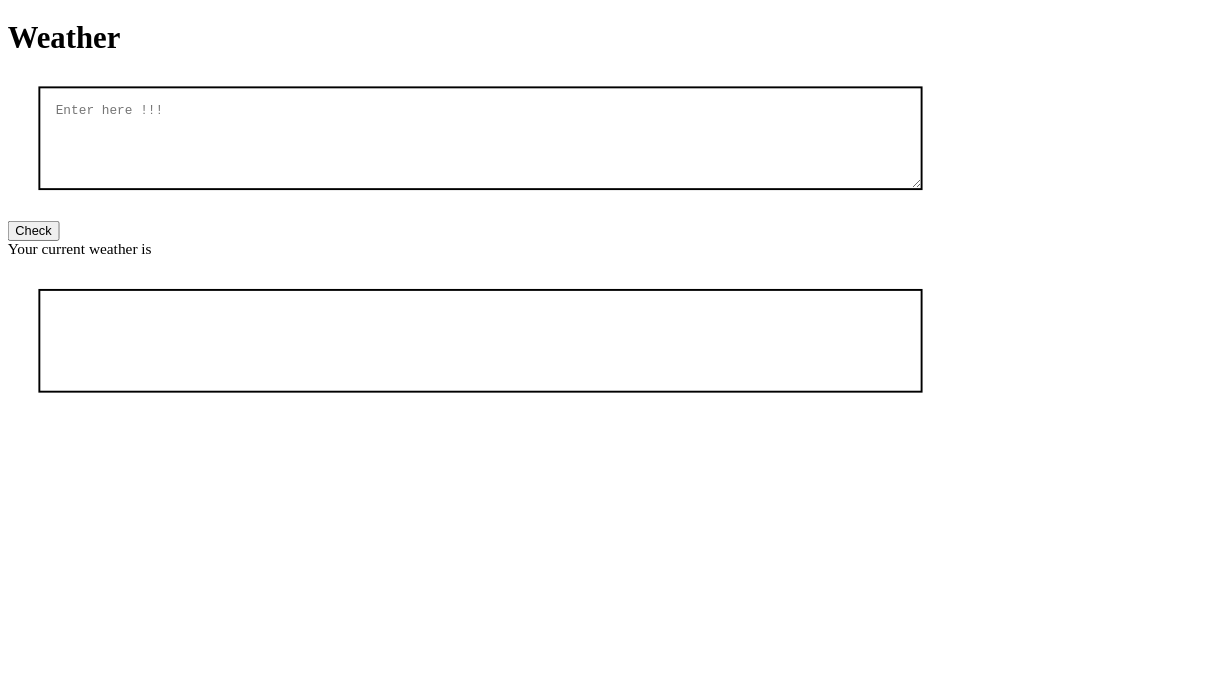
Repository: Irfan-vit/openapi
Page: index.html
These files come from the project's save history. The page is drawn as it stood at one moment and after a run of saves; the edit follows.
The browser window is 1280 px wide. The pictures show the whole page, at 96% of full size.

Above is the page before, as saved 2021-05-27 22:46:51.

### index.html
<!DOCTYPE html>
<html lang="en">

<head>
    <meta charset="UTF-8">
    <meta http-equiv="X-UA-Compatible" content="IE=edge">
    <meta name="viewport" content="width=device-width, initial-scale=1.0">
    <title>Api</title>
    <link rel="stylesheet" href="style.css">
</head>

<body>

    <h1>Weather</h1>

    <textarea name="" id="txt-input" class="t-area" placeholder="Enter here !!!"></textarea>

    <button id="btn-translate">
        Check
    </button>

    <div>Your current weather is</div>

    <div id="output" class="t-area">

    </div>






    <script src="app.js" type="text/javascript"></script>
</body>

</html>

### style.css
.t-area {
    width: 70%;
    display: block;
    margin: 2rem;
    height: 10vh;
    padding: 1rem;
    border: 2px solid black;
}

### app.js
var btnTranslate = document.querySelector("#btn-translate");
var txtInput = document.querySelector("#txt-input");
var outputDiv = document.querySelector('#output')
var serverURL = "https://aws.random.cat/"
// var key = "&appid=49257f6591cfc3ed8daf0b5970d519cb"

function getTranslationURL(text) {
    return serverURL + text
}

function errorHandler(error) {
    console.log("error occured", error)
    alert("something went wrong  :  " + error)
}

function clickHandler() {
    // outputDiv.innerText = "translated  " + txtInput.value + "  To : bababbababababababa ";

    var inputText = txtInput.value;

    fetch(getTranslationURL(inputText))
        .then(response => response.json())
        // .then(json => {
        //     var translatedText = "Country : " + json['sys']['country'] + " | tempreature : " + json['main']['temp'] + " | weather : " +  json['weather'][0]['description'] + " | longitude : " + json.coord.lon + " | latitude : " + json['coord']['lat'] + " | wind speed : " + json['wind']['speed'] + " | Wind direction, degrees : " + json['wind']['deg'];
        //     outputDiv.innerText = translatedText;
        //     console.log()})

        .then(data => {output.innerHTML = `<img src=${data} alt="cat" />`})
    };


btnTranslate.addEventListener("click", clickHandler)

After the next 2 saves:
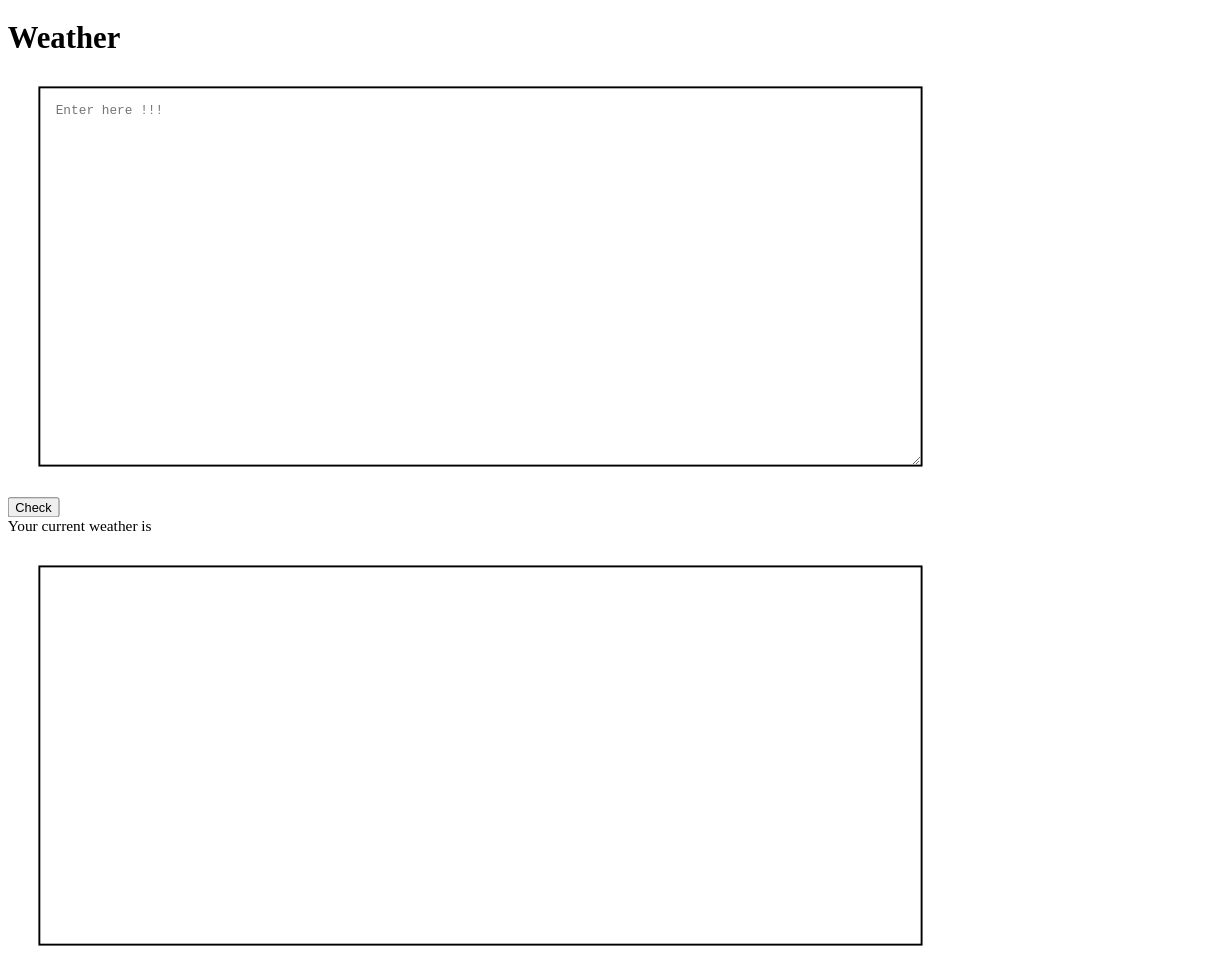
The 2 saves are shown as one change because they came seconds apart.
The last was saved 71 s later.
--- a/style.css
+++ b/style.css
@@ -2,7 +2,7 @@
     width: 70%;
     display: block;
     margin: 2rem;
-    height: 10vh;
+    height: 50vh;
     padding: 1rem;
     border: 2px solid black;
 }

After the 5 saves that followed:
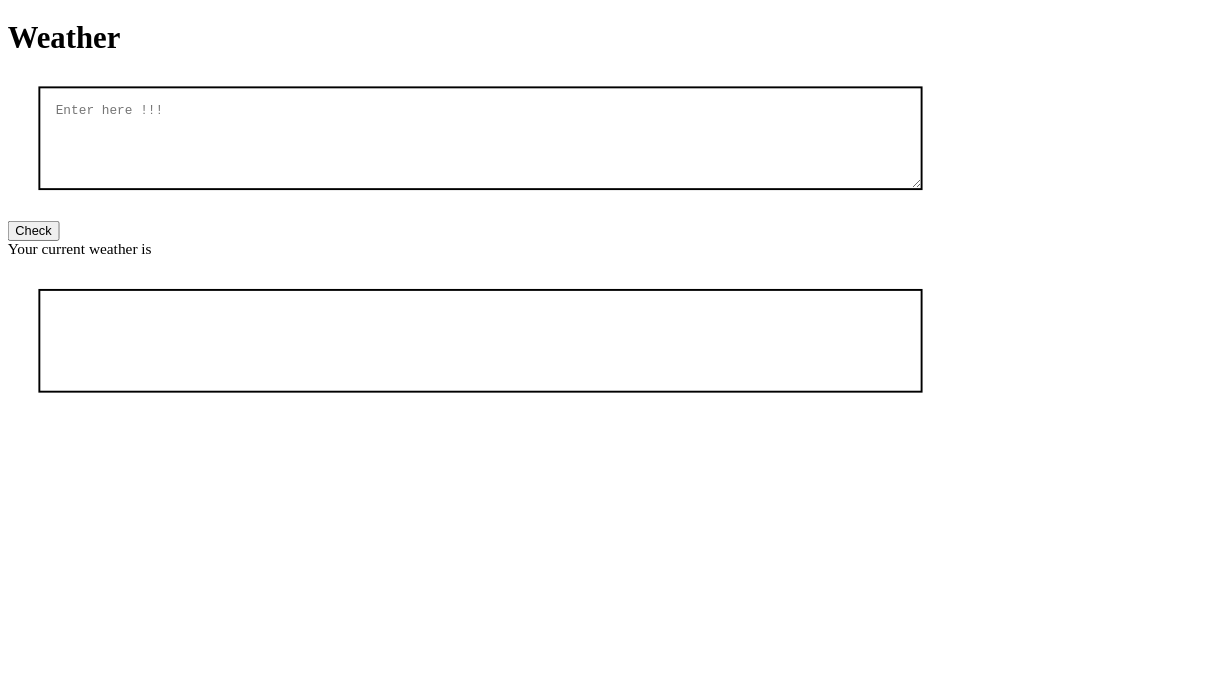
The 5 saves are shown as one change because 3 left the picture as it was and some came seconds apart.
The last was saved 2 min 12 s later.
--- a/index.html
+++ b/index.html
@@ -1,6 +1,5 @@
 <!DOCTYPE html>
 <html lang="en">
-
 <head>
     <meta charset="UTF-8">
     <meta http-equiv="X-UA-Compatible" content="IE=edge">
@@ -8,7 +7,6 @@
     <title>Api</title>
     <link rel="stylesheet" href="style.css">
 </head>
-
 <body>
 
     <h1>Weather</h1>
@@ -32,5 +30,4 @@
 
     <script src="app.js" type="text/javascript"></script>
 </body>
-
 </html>
--- a/style.css
+++ b/style.css
@@ -2,7 +2,7 @@
     width: 70%;
     display: block;
     margin: 2rem;
-    height: 50vh;
+    height: 10vh;
     padding: 1rem;
     border: 2px solid black;
 }
--- a/app.js
+++ b/app.js
@@ -1,11 +1,11 @@
 var btnTranslate = document.querySelector("#btn-translate");
 var txtInput = document.querySelector("#txt-input");
 var outputDiv = document.querySelector('#output')
-var serverURL = "https://aws.random.cat/"
-// var key = "&appid=49257f6591cfc3ed8daf0b5970d519cb"
+var serverURL = "https://api.openweathermap.org/data/2.5/weather?q="
+var key = "&appid=49257f6591cfc3ed8daf0b5970d519cb"
 
 function getTranslationURL(text) {
-    return serverURL + text
+    return serverURL + text + key
 }
 
 function errorHandler(error) {
@@ -20,12 +20,10 @@ function clickHandler() {
 
     fetch(getTranslationURL(inputText))
         .then(response => response.json())
-        // .then(json => {
-        //     var translatedText = "Country : " + json['sys']['country'] + " | tempreature : " + json['main']['temp'] + " | weather : " +  json['weather'][0]['description'] + " | longitude : " + json.coord.lon + " | latitude : " + json['coord']['lat'] + " | wind speed : " + json['wind']['speed'] + " | Wind direction, degrees : " + json['wind']['deg'];
-        //     outputDiv.innerText = translatedText;
-        //     console.log()})
-
-        .then(data => {output.innerHTML = `<img src=${data} alt="cat" />`})
+        .then(json => {
+            var translatedText = "Country : " + json['sys']['country'] + " | tempreature : " + json['main']['temp'] + " | weather : " +  json['weather'][0]['description'] + " | longitude : " + json['coord']['lon'] + " | latitude : " + json['coord']['lat'] + " | wind speed : " + json['wind']['speed'] + " | Wind direction, degrees : " + json['wind']['deg'];
+            outputDiv.innerText = translatedText;
+            console.log()})
     };
 
 
